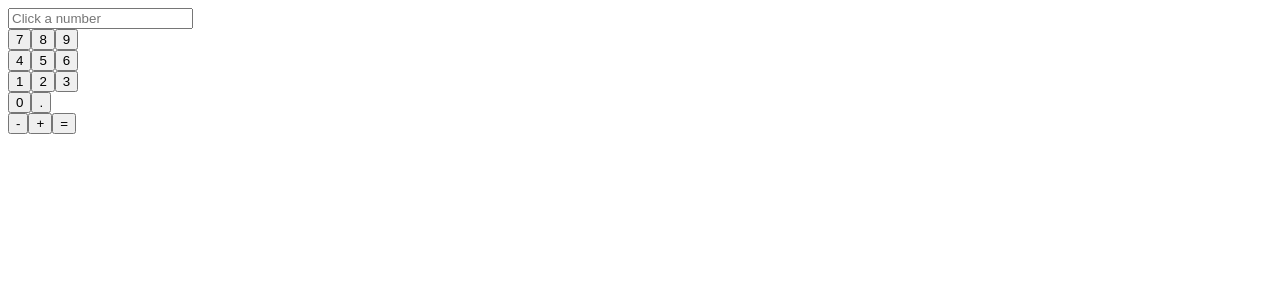
Repository: Marivic-SLRS/ReactJS-Basic-Calculator
Page: /
The author's editor kept a copy of each file at every save. The page is drawn from the files as they stood at one save, then again after a run of saves.
The browser window is 1280 px wide. The pictures show the whole page.
The project was rebuilt for these pictures with package versions that can differ from the ones it lists, and the page was loaded fresh each time.

Above is the page before, as saved 2025-07-30 17:27:22.

After the next 2 saves:
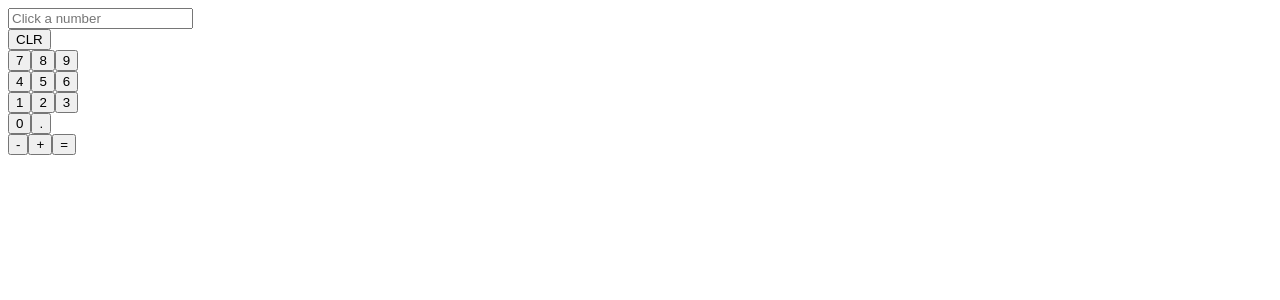
The 2 saves are shown as one change because they came seconds apart.
The last was saved 6 s later.
--- a/src/Components/Calculator.js
+++ b/src/Components/Calculator.js
@@ -11,7 +11,7 @@ function Calculator() {
                 />
             </div>
             <div>
-
+                    <button>CLR</button>
             </div>
             <div>
                 <div>
